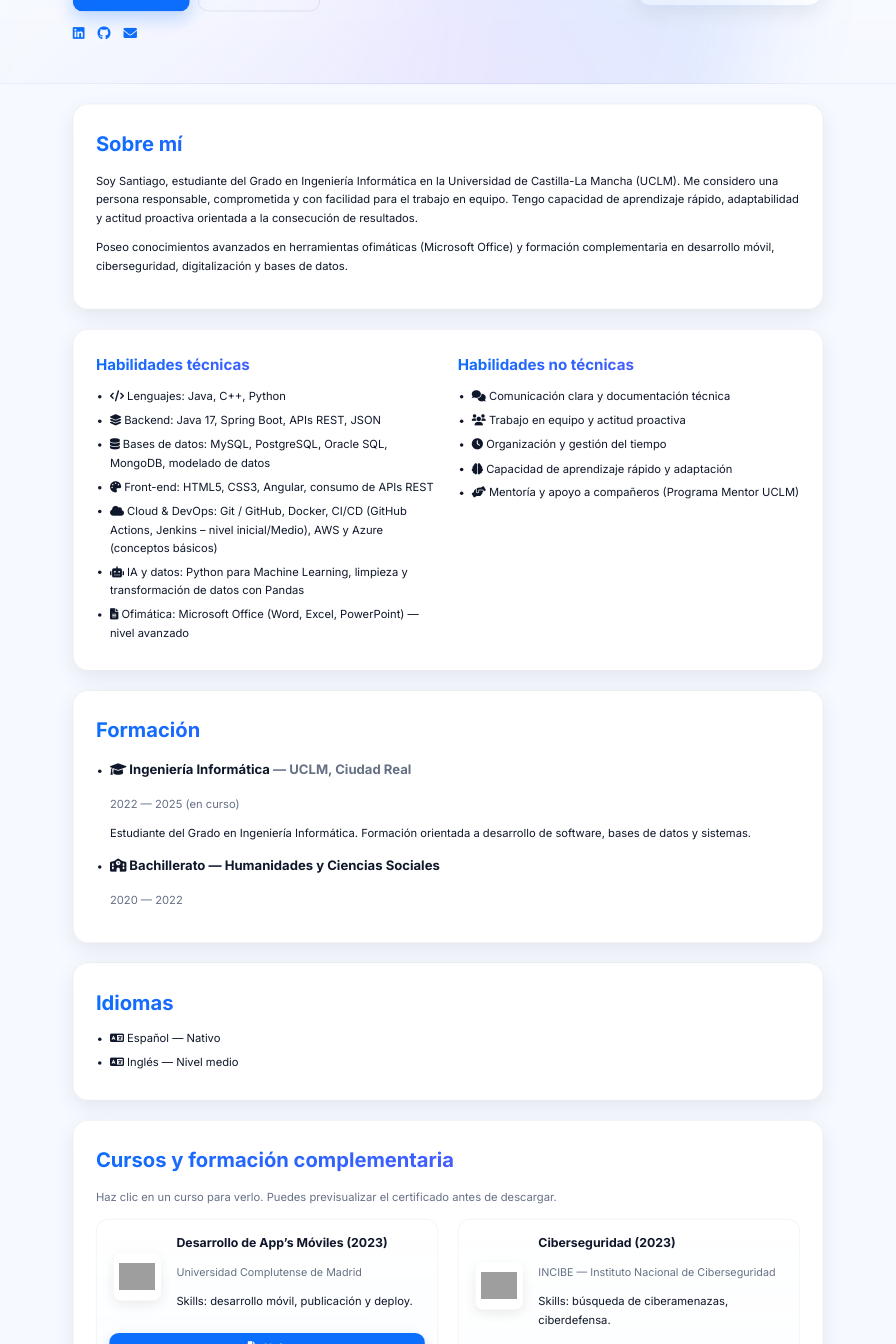
Repository: SantiagoSanchez-CeleminArevalo/Portfolio_SantiagoSanchez-CeleminArevalo
Page: docs/index.html
An editor plug-in stored every save of this project. The page is shown before and after the next save, followed by the edit.
The browser window is 1280 px wide. The pictures show the part of the page from y = 613 to 2533 px (the page is 4677 px tall before and 4730 px after), at 70% of full size.
Pictures or frames that could not be fetched are drawn as grey boxes.

Above is the page before, as saved 2025-12-05 13:23:04.
Console error: TypeError: Cannot read properties of null (reading 'classList')

### docs/index.html
<!doctype html>
<html lang="es">
<head>
  <meta charset="utf-8">
  <meta name="viewport" content="width=device-width, initial-scale=1">
  <title>Portfolio — Santiago Sánchez-Celemín Arévalo</title>
  <link rel="preconnect" href="https://fonts.googleapis.com">
  <link rel="preconnect" href="https://fonts.gstatic.com" crossorigin>
  <link href="https://fonts.googleapis.com/css2?family=Inter:wght@300;400;500;600;700;800&display=swap" rel="stylesheet">
  <link rel="stylesheet" href="https://cdnjs.cloudflare.com/ajax/libs/font-awesome/6.0.0/css/all.min.css">
  <link rel="stylesheet" href="styles.css">
</head>
<body>
  <a class="skip-link" href="#sobre-mi">Saltar al contenido</a>

  <nav class="navbar">
    <div class="container">
      <div class="logo">
        <span class="logo-badge">S</span>
        <a href="#sobre-mi" aria-label="Ir a Sobre mí">Santiago</a>
      </div>
      <div class="nav-links" role="navigation" aria-label="Secciones del sitio">
        <a href="#sobre-mi">Sobre mí</a>
        <a href="#habilidades">Habilidades</a>
        <a href="#formacion">Formación</a>
        <a href="#cursos">Cursos</a>
        <a href="#proyectos">Proyectos</a>
      </div>
      <div class="actions">
        <button class="theme-toggle" id="theme-toggle" aria-label="Cambiar tema">
          <i class="fas fa-moon" aria-hidden="true"></i>
        </button>
        <button class="hamburger" id="hamburger" aria-label="Abrir menú">
          <i class="fas fa-bars" aria-hidden="true"></i>
        </button>
      </div>
    </div>
    <div class="mobile-menu container" id="mobileMenu" hidden aria-hidden="true">

      <!-- Enlaces del menú -->
      <a href="#sobre-mi">Sobre mí</a>
      <a href="#habilidades">Habilidades</a>
      <a href="#formacion">Formación</a>
      <a href="#cursos">Cursos</a>
      <a href="#proyectos">Proyectos</a>
    </div>

  </nav>

  <header class="hero" id="inicio">
    <div class="container hero-grid">
      <div class="profile">
        <img loading="lazy" src="images/Foto_Profesional.jpg" alt="Foto de Santiago Sánchez-Celemín Arévalo" class="profile-photo">
        <h1>Santiago Sánchez-Celemín Arévalo</h1>
        <p class="subtitle">Estudiante de Ingeniería Informática — Universidad de Castilla-La Mancha</p>
        <p class="meta">Carnet: Tipo B · Disponibilidad para viajar</p>
        <div class="cta-row">
          <a href="cv/Santiago_Sanchez_CV.pdf" class="btn" download>
            <i class="fa-solid fa-file-arrow-down"></i> Descargar CV
          </a>
          <a href="#proyectos" class="btn ghost">
            <i class="fa-solid fa-diagram-project"></i> Ver proyectos
          </a>
        </div>
        <div class="social-icons" aria-label="Enlaces sociales">
          <a href="https://www.linkedin.com/in/santiago-s%C3%A1nchez-celem%C3%ADn-ar%C3%A9valo/" target="_blank" rel="noopener" aria-label="LinkedIn"><i class="fab fa-linkedin"></i></a>
          <a href="https://santiagosanchez-celeminarevalo.github.io/Portfolio_SantiagoSanchez-CeleminArevalo/" target="_blank" rel="noopener" aria-label="GitHub"><i class="fab fa-github"></i></a>
          <a href="mailto:s.sanchezcelemin@gmail.com" aria-label="Email"><i class="fas fa-envelope"></i></a>
        </div>
      </div>

      <aside class="contact-card" aria-labelledby="contact-title">
        <h2 id="contact-title">Contacto</h2>
        <p><strong>Teléfono:</strong> +34 638 85 64 13</p>
        <p><strong>Email:</strong> <a href="mailto:s.sanchezcelemin@gmail.com">s.sanchezcelemin@gmail.com</a></p>
        <p><strong>Direcciones:</strong><br> Calle Conta 44, Corral de Almaguer, 45880<br> Calle Quevedo 17, 2F, Ciudad Real, 13004</p>
        <p><strong>LinkedIn:</strong><br> <a href="https://www.linkedin.com/in/santiago-s%C3%A1nchez-celem%C3%ADn-ar%C3%A9valo/" target="_blank" rel="noopener">santiago-sánchezcelemín-arévalo</a></p>
      </aside>
    </div>
  </header>

  <main class="container">
    <section id="sobre-mi" class="card">
      <h2>Sobre mí</h2>
      <p>Soy Santiago, estudiante del Grado en Ingeniería Informática en la Universidad de Castilla-La Mancha (UCLM). Me considero una persona responsable, comprometida y con facilidad para el trabajo en equipo. Tengo capacidad de aprendizaje rápido, adaptabilidad y actitud proactiva orientada a la consecución de resultados.</p>
      <p>Poseo conocimientos avanzados en herramientas ofimáticas (Microsoft Office) y formación complementaria en desarrollo móvil, ciberseguridad, digitalización y bases de datos.</p>
    </section>

    <section id="habilidades" class="card two-column">
    <div>
      <h2>Habilidades técnicas</h2>
      <ul>
        <li><i class="fas fa-code"></i> Lenguajes: Java, C++, Python</li>
        <li><i class="fas fa-layer-group"></i> Backend: Java 17, Spring Boot, APIs REST, JSON</li>
        <li><i class="fas fa-database"></i> Bases de datos: MySQL, PostgreSQL, Oracle SQL, MongoDB, modelado de datos</li>
        <li><i class="fas fa-palette"></i> Front-end: HTML5, CSS3, Angular, consumo de APIs REST</li>
        <li><i class="fas fa-cloud"></i> Cloud & DevOps: Git / GitHub, Docker, CI/CD (GitHub Actions, Jenkins – nivel inicial/Medio), AWS y Azure (conceptos básicos)</li>
        <li><i class="fas fa-robot"></i> IA y datos: Python para Machine Learning, limpieza y transformación de datos con Pandas</li>
        <li><i class="fas fa-file-alt"></i> Ofimática: Microsoft Office (Word, Excel, PowerPoint) — nivel avanzado</li>
      </ul>
    </div>

    <div>
      <h2>Habilidades no técnicas</h2>
      <ul>
        <li><i class="fas fa-comments"></i> Comunicación clara y documentación técnica</li>
        <li><i class="fas fa-users"></i> Trabajo en equipo y actitud proactiva</li>
        <li><i class="fas fa-clock"></i> Organización y gestión del tiempo</li>
        <li><i class="fas fa-brain"></i> Capacidad de aprendizaje rápido y adaptación</li>
        <li><i class="fas fa-hands-helping"></i> Mentoría y apoyo a compañeros (Programa Mentor UCLM)</li>
      </ul>
    </div>
  </section>


    <section id="formacion" class="card">
      <h2>Formación</h2>
      <ul class="education-list">
        <li>
          <h3><i class="fas fa-graduation-cap"></i> Ingeniería Informática <span class="muted">— UCLM, Ciudad Real</span></h3>
          <p class="muted">2022 — 2025 (en curso)</p>
          <p>Estudiante del Grado en Ingeniería Informática. Formación orientada a desarrollo de software, bases de datos y sistemas.</p>
        </li>
        <li>
          <h3><i class="fas fa-school"></i> Bachillerato — Humanidades y Ciencias Sociales</h3>
          <p class="muted">2020 — 2022</p>
        </li>
      </ul>
    </section>

    <section id="idiomas" class="card">
      <h2>Idiomas</h2>
      <ul>
        <li><i class="fas fa-language"></i> Español — Nativo</li>
        <li><i class="fas fa-language"></i> Inglés — Nivel medio</li>
      </ul>
    </section>

  <section id="cursos" class="card">
    <h2>Cursos y formación complementaria</h2>
    <p class="muted">Haz clic en un curso para verlo. Puedes previsualizar el certificado antes de descargar.</p>

    <div class="courses-grid">
      <article class="course-card" data-course="c1" data-cert="certs/c1.pdf" tabindex="0" aria-labelledby="c1-title">
        <figure class="course-logo">
          <img loading="lazy" src="images/Complutense.jpg" alt="Universidad Complutense de Madrid — logo">
        </figure>
        <div class="course-body">
          <h3 id="c1-title">Desarrollo de App’s Móviles (2023)</h3>
          <p class="muted">Universidad Complutense de Madrid</p>
          <p>Skills: desarrollo móvil, publicación y deploy.</p>
        </div>
        <div class="course-actions">
          <a class="btn small" href="certs/Desarrollo_de_Apps_Móviles.pdf" target="_blank" rel="noopener"><i class="fa-solid fa-file-pdf"></i> Abrir</a>
          <a class="btn small" href="certs/Desarrollo_de_Apps_Móviles.pdf" download><i class="fa-solid fa-download"></i> Descargar</a>
        </div>
      </article>

      <article class="course-card" data-course="c2" data-cert="certs/c2.pdf" tabindex="0" aria-labelledby="c2-title">
        <figure class="course-logo">
          <img loading="lazy" src="images/INCIBE.jpg" alt="INCIBE — Instituto Nacional de Ciberseguridad — logo">
        </figure>
        <div class="course-body">
          <h3 id="c2-title">Ciberseguridad (2023)</h3>
          <p class="muted">INCIBE — Instituto Nacional de Ciberseguridad</p>
          <p>Skills: búsqueda de ciberamenazas, ciberdefensa.</p>
        </div>
        <div class="course-actions">
          <a class="btn small" href="certs/CIBERSEGURIDAD.pdf" target="_blank" rel="noopener"><i class="fa-solid fa-file-pdf"></i> Abrir</a>
          <a class="btn small" href="certs/CIBERSEGURIDAD.pdf" download><i class="fa-solid fa-download"></i> Descargar</a>
        </div>
      </article>

      <article class="course-card" data-course="c3" data-cert="certs/c3.pdf" tabindex="0" aria-labelledby="c3-title">
        <figure class="course-logo">
          <img loading="lazy" src="images/Google.jpg" alt="Google — logo">
        </figure>
        <div class="course-body">
          <h3 id="c3-title">Digitaliza tu empresa (2023)</h3>
          <p class="muted">Google</p>
          <p>Skills: digitalización, redes sociales, marketing digital, YouTube Analytics.</p>
        </div>
        <div class="course-actions">
          <a class="btn small" href="certs/DIGITALIZA_TU_NEGOCIO.pdf" target="_blank" rel="noopener"><i class="fa-solid fa-file-pdf"></i> Abrir</a>
          <a class="btn small" href="certs/DIGITALIZA_TU_NEGOCIO.pdf" download><i class="fa-solid fa-download"></i> Descargar</a>
        </div>
      </article>

      <article class="course-card" data-course="c4" data-cert="certs/c4.pdf" tabindex="0" aria-labelledby="c4-title">
        <figure class="course-logo">
          <img loading="lazy" src="images/Udemy.png" alt="Udemy — logo">
        </figure>
        <div class="course-body">
          <h3 id="c4-title">Oracle Database (2025)</h3>
          <p class="muted">Udemy</p>
          <p>Skills: modelado y diseño de BD, SQL, PL/SQL, administración.</p>
        </div>
        <div class="course-actions">
          <a class="btn small" href="certs/Certificado_Bases_de_Datos_Oracle.pdf" target="_blank" rel="noopener"><i class="fa-solid fa-file-pdf"></i> Abrir</a>
          <a class="btn small" href="certs/Certificado_Bases_de_Datos_Oracle.pdf" download><i class="fa-solid fa-download"></i> Descargar</a>
        </div>
      </article>

      <article class="course-card" data-course="c5" data-cert="certs/c5.pdf" tabindex="0" aria-labelledby="c5-title">
        <figure class="course-logo">
          <img loading="lazy" src="images/CIBSE.png" alt="CIBSE — logo">
        </figure>
        <div class="course-body">
          <h3 id="c5-title">Agilidad con IA / Sostenibilidad / ML Systems (2025)</h3>
          <p class="muted">CIBSE</p>
          <p>Skills: IA en ciclos ágiles, sostenibilidad en software, ML pipelines.</p>
        </div>
        <div class="course-actions">
          <a class="btn small" href="certs/Agilidad_con_esteroides_de_Inteligencia_Artificial.pdf" target="_blank" rel="noopener"><i class="fa-solid fa-file-pdf"></i> Abrir</a>
          <a class="btn small" href="certs/Agilidad_con_esteroides_de_Inteligencia_Artificial.pdf" download><i class="fa-solid fa-download"></i> Descargar</a>
        </div>
      </article>

      <article class="course-card" data-course="c5" data-cert="certs/c5.pdf" tabindex="0" aria-labelledby="c5-title">
        <figure class="course-logo">
          <img loading="lazy" src="images/CIBSE.png" alt="CIBSE — logo">
        </figure>
        <div class="course-body">
          <h3 id="c5-title">Software_Engineering_for_ML_Systems (2025)</h3>
          <p class="muted">CIBSE</p>
          <p>Skills: Ingeniería de software aplicada a sistemas de Machine Learning, Ciclos ágiles en proyectos de ML, Diseño y mantenimiento de pipelines de ML, Gestión de modelos y monitorización en producción, Buenas prácticas en integración de ML en entornos de software.</p>
        </div>
        <div class="course-actions">
          <a class="btn small" href="certs/Software_Engineering_for_ML_Systems.pdf" target="_blank" rel="noopener"><i class="fa-solid fa-file-pdf"></i> Abrir</a>
          <a class="btn small" href="certs/Software_Engineering_for_ML_Systems.pdf" download><i class="fa-solid fa-download"></i> Descargar</a>
        </div>
      </article>

      <article class="course-card" data-course="c6" data-cert="certs/c6.pdf" tabindex="0" aria-labelledby="c6-title">
        <figure class="course-logo">
          <img loading="lazy" src="images/Udemy.png" alt="Udemy — logo">
        </figure>
        <div class="course-body">
          <h3 id="c6-title">Python: ML / Limpieza de datos (2025)</h3>
          <p class="muted">Udemy</p>
          <p>Skills: modelado predictivo, limpieza y preparación de datos con Pandas.</p>
        </div>
        <div class="course-actions">
          <a class="btn small" href="certs/Udemy,_transformación_y_limpieza_de_datos.pdf" target="_blank" rel="noopener"><i class="fa-solid fa-file-pdf"></i> Abrir</a>
          <a class="btn small" href="certs/Udemy,_transformación_y_limpieza_de_datos.pdf" download><i class="fa-solid fa-download"></i> Descargar</a>
        </div>
      </article>

      <article class="course-card" data-course="c6" data-cert="certs/c6.pdf" tabindex="0" aria-labelledby="c6-title">
        <figure class="course-logo">
          <img loading="lazy" src="images/UCLM.png" alt="UCLM — logo">
        </figure>
        <div class="course-body">
          <h3 id="c6-title">Certificado Mentor</h3>
          <p class="muted">UCLM</p>
          <p>Skills: Asesoramiento de labores administrativas, docentes y sociales.</p>
        </div>
        <div class="course-actions">
          <a class="btn small" href="certs/DIPLOMA_MENTOR.pdf" target="_blank" rel="noopener"><i class="fa-solid fa-file-pdf"></i> Abrir</a>
          <a class="btn small" href="certs/DIPLOMA_MENTOR.pdf" download><i class="fa-solid fa-download"></i> Descargar</a>
        </div>
      </article>
    </div>
  </section>


    <!-- Sección de proyectos con pestañas -->
    <section id="proyectos" class="card">
      <h2>Proyectos</h2>
      <p>Haz clic en un proyecto para visitar su repositorio en GitHub.</p>

      <div class="project-tabs">
        <button class="tab-btn active" data-tab="uni">Proyectos Universitarios</button>
        <button class="tab-btn" data-tab="gen">Proyectos Generales</button>
      </div>

      <div class="tab-content">
        <!-- Proyectos Universitarios -->
        <div id="uni" class="tab-panel">
          <ul class="projects-list">
            <li>
              <strong>GesstiFest</strong> — Interacción Persona-Ordenador (WPF, GUI, usabilidad)<br>
              <a class="btn small" href="https://github.com/SantiagoSanchez-CeleminArevalo/Portfolio_SantiagoSanchez-CeleminArevalo/blob/projects/projects/GesstiFest" target="_blank" rel="noopener">
                <i class="fab fa-github"></i> Ver GitHub
              </a>
            </li>
            <li>
              <strong>Lab_C1_SanchezPalomino</strong> — Arquitectura de Computadores (OpenMP, DPC, Hiperespectral, LblFad)<br>
              <a class="btn small" href="https://github.com/SantiagoSanchez-CeleminArevalo/Portfolio_SantiagoSanchez-CeleminArevalo/blob/projects/projects/Lab_C1_SanchezPalomino-main" target="_blank" rel="noopener">
                <i class="fab fa-github"></i> Ver GitHub
              </a>
            </li>
            <li>
              <strong>2024-ISO2-BC5</strong> — Ingeniería de Software 2 (PUD, GitHub, Maven, MySQL, POI)<br>
              <a class="btn small" href="https://github.com/SantiagoSanchez-CeleminArevalo/Portfolio_SantiagoSanchez-CeleminArevalo/blob/projects/projects/2024-ISO2-BC5-main" target="_blank" rel="noopener">
                <i class="fab fa-github"></i> Ver GitHub
              </a>
            </li>
            <li>
              <strong>remote-types</strong> — Sistemas Distribuidos (ZeroC Ice, JSON, Apache Kafka)<br>
              <a class="btn small" href="https://github.com/SantiagoSanchez-CeleminArevalo/Portfolio_SantiagoSanchez-CeleminArevalo/blob/projects/projects/remote-types-main-main" target="_blank" rel="noopener">
                <i class="fab fa-github"></i> Ver GitHub
              </a>
            </li>
            <li>
              <strong>Sokoban_SSII</strong> — Sistemas Inteligentes (Algoritmos de búsqueda, Python, GitHub)<br>
              <a class="btn small" href="https://github.com/SantiagoSanchez-CeleminArevalo/Portfolio_SantiagoSanchez-CeleminArevalo/blob/projects/projects/Sokoban_SSII" target="_blank" rel="noopener">
                <i class="fab fa-github"></i> Ver GitHub
              </a>
            </li>
          </ul>
        </div>


        <!-- Proyectos Generales -->
        <div id="gen" class="tab-panel hidden">
          <p>No hay proyectos generales añadidos aún.</p>
        </div>
      </div>
    </section>
  </main>

  <footer class="site-footer container">
    <p>© <span id="year"></span> Santiago Sánchez-Celemín Arévalo. Todos los derechos reservados.</p>
    <div class="social-icons">
      <a href="https://www.linkedin.com/in/santiago-s%C3%A1nchez-celem%C3%ADn-ar%C3%A9valo/" target="_blank" rel="noopener" aria-label="LinkedIn"><i class="fab fa-linkedin"></i></a>
      <a href="https://santiagosanchez-celeminarevalo.github.io/Portfolio_SantiagoSanchez-CeleminArevalo/" target="_blank" rel="noopener" aria-label="GitHub"><i class="fab fa-github"></i></a>
      <a href="mailto:s.sanchezcelemin@gmail.com" aria-label="Email"><i class="fas fa-envelope"></i></a>
    </div>
  </footer>

  <script>
    document.getElementById('year').textContent = new Date().getFullYear();

    const themeToggle = document.getElementById('theme-toggle');
    const body = document.body;
    const icon = themeToggle.querySelector('i');
    const applyThemeIcon = () => icon.className = body.classList.contains('dark-mode') ? 'fas fa-sun' : 'fas fa-moon';
    themeToggle.addEventListener('click', () => {
      body.classList.toggle('dark-mode');
      localStorage.setItem('theme', body.classList.contains('dark-mode') ? 'dark' : 'light');
      applyThemeIcon();
    });
    if (localStorage.getItem('theme') === 'dark') { body.classList.add('dark-mode'); applyThemeIcon(); }

    // Menú móvil
    const hamburger = document.getElementById('hamburger');
    const mobileMenu = document.getElementById('mobileMenu');
    hamburger?.addEventListener('click', () => {
      const willOpen = mobileMenu.hasAttribute('hidden');
      if (willOpen) {
        mobileMenu.removeAttribute('hidden');
        mobileMenu.setAttribute('aria-hidden', 'false');
        hamburger.setAttribute('aria-label', 'Cerrar menú');
        hamburger.innerHTML = '<i class="fas fa-xmark" aria-hidden="true"></i>';
      } else {
        mobileMenu.setAttribute('hidden', '');
        mobileMenu.setAttribute('aria-hidden', 'true');
        hamburger.setAttribute('aria-label', 'Abrir menú');
        hamburger.innerHTML = '<i class="fas fa-bars" aria-hidden="true"></i>';
      }
    });
    mobileMenu?.querySelectorAll('a').forEach(a => a.addEventListener('click', () => {
      mobileMenu.setAttribute('hidden', '');
      mobileMenu.setAttribute('aria-hidden', 'true');
      hamburger.innerHTML = '<i class="fas fa-bars" aria-hidden="true"></i>';
      hamburger.setAttribute('aria-label', 'Abrir menú');
    }));

    // Scroll suave
    const navLinks = document.querySelectorAll('.nav-links a, .mobile-menu a');
    navLinks.forEach(link => {
      link.addEventListener('click', (e) => {
        const href = link.getAttribute('href');
        if (href && href.startsWith('#')) {
          e.preventDefault();
          const target = document.querySelector(href);
          target?.scrollIntoView({ behavior: 'smooth', block: 'start' });
          history.replaceState(null, '', href);
        }
      });
    });
    window.addEventListener('load', () => {
      if (location.hash) {
        const t = document.querySelector(location.hash);
        t?.scrollIntoView({ behavior: 'smooth', block: 'start' });
      }
    });

    // Pestañas de proyectos
    const projectTabs = document.querySelectorAll('.project-tabs .tab-btn');
    const projectPanels = document.querySelectorAll('.tab-panel');
    projectTabs.forEach(tab => {
      tab.addEventListener('click', () => {
        projectTabs.forEach(t => t.classList.remove('active'));
        tab.classList.add('active');
        const target = tab.getAttribute('data-tab');
        projectPanels.forEach(panel => {
          panel.id === target ? panel.classList.remove('hidden') : panel.classList.add('hidden');
        });
      });
    });

    const backToTop = document.getElementById('backToTop');
    window.addEventListener('scroll', () => {
      if (window.scrollY > 600) backToTop.classList.add('show');
      else backToTop.classList.remove('show');
    });
    backToTop?.addEventListener('click', () => window.scrollTo({ top: 0, behavior: 'smooth' }));
  </script>

  <button id="backToTop" class="back-to-top" aria-label="Volver arriba">
    <i class="fa-solid fa-arrow-up"></i> Arriba
  </button>
</body>
</html>

Loaded but not shown: docs/styles.css (528 lines, source omitted)

After the next save:
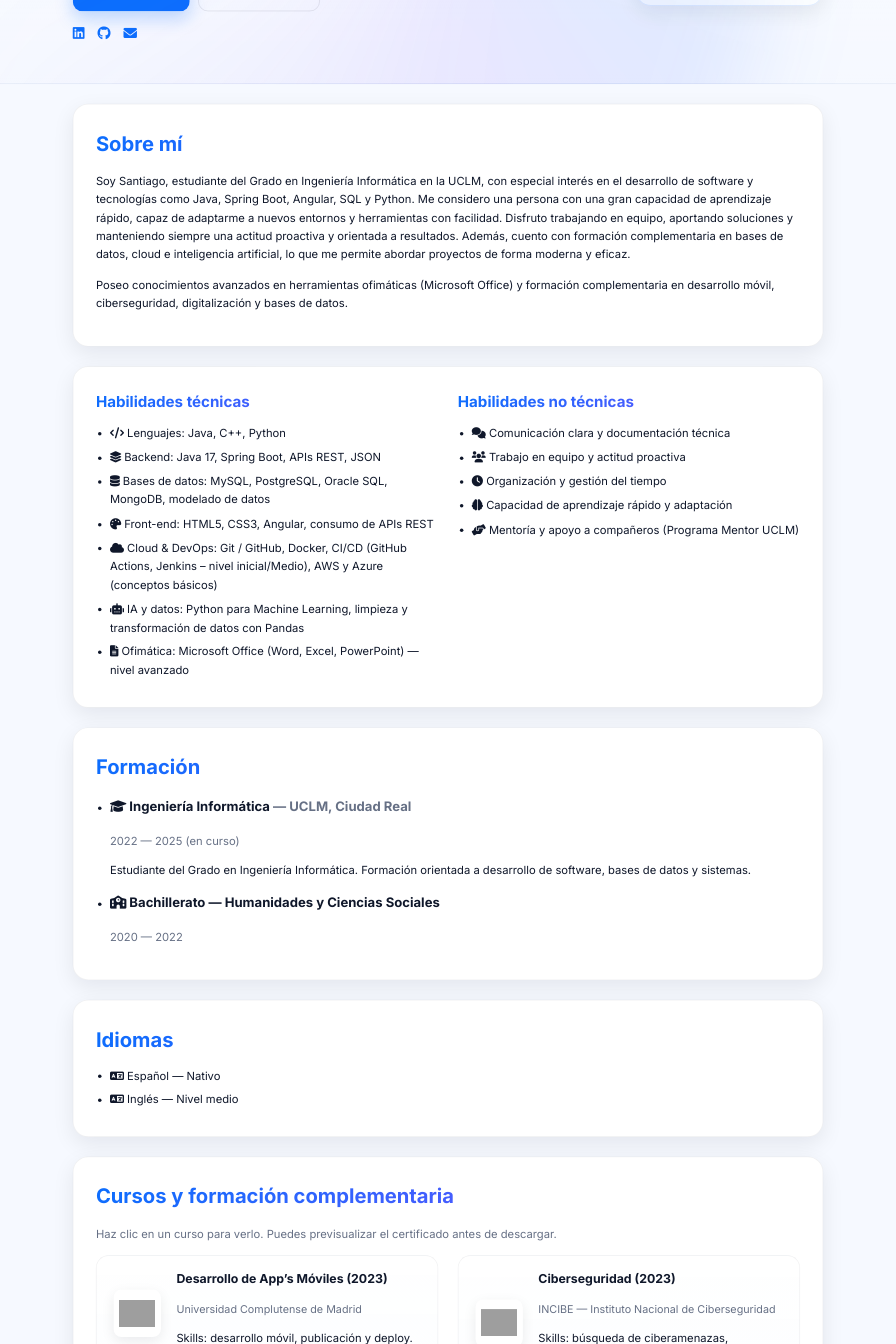
Saved 5 min 58 s later.
--- a/docs/index.html
+++ b/docs/index.html
@@ -82,7 +82,7 @@
   <main class="container">
     <section id="sobre-mi" class="card">
       <h2>Sobre mí</h2>
-      <p>Soy Santiago, estudiante del Grado en Ingeniería Informática en la Universidad de Castilla-La Mancha (UCLM). Me considero una persona responsable, comprometida y con facilidad para el trabajo en equipo. Tengo capacidad de aprendizaje rápido, adaptabilidad y actitud proactiva orientada a la consecución de resultados.</p>
+      <p>Soy Santiago, estudiante del Grado en Ingeniería Informática en la UCLM, con especial interés en el desarrollo de software y tecnologías como Java, Spring Boot, Angular, SQL y Python. Me considero una persona con una gran capacidad de aprendizaje rápido, capaz de adaptarme a nuevos entornos y herramientas con facilidad. Disfruto trabajando en equipo, aportando soluciones y manteniendo siempre una actitud proactiva y orientada a resultados. Además, cuento con formación complementaria en bases de datos, cloud e inteligencia artificial, lo que me permite abordar proyectos de forma moderna y eficaz.</p>
       <p>Poseo conocimientos avanzados en herramientas ofimáticas (Microsoft Office) y formación complementaria en desarrollo móvil, ciberseguridad, digitalización y bases de datos.</p>
     </section>
 
